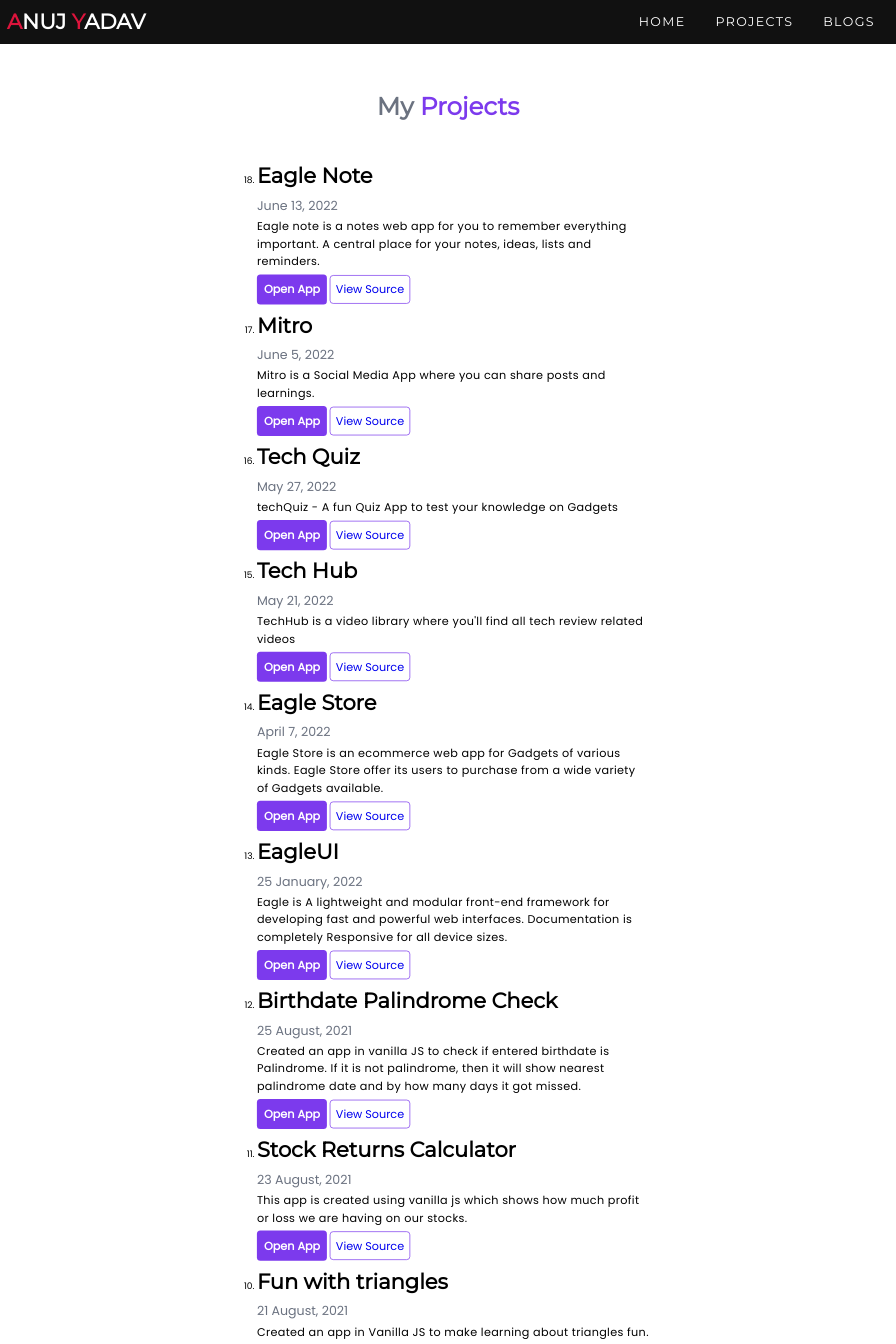
Repository: anuj-kumary/Portfolio
Page: project.html
An editor plug-in stored every save of this project. The page is shown before and after the next save, followed by the edit.
The browser window is 1280 px wide. The pictures show the part of the page from y = 0 to 1920 px (the page is 4076 px tall before and 4089 px after), at 70% of full size.

Above is the page before, as saved 2022-11-12 10:26:58.

After the next save:
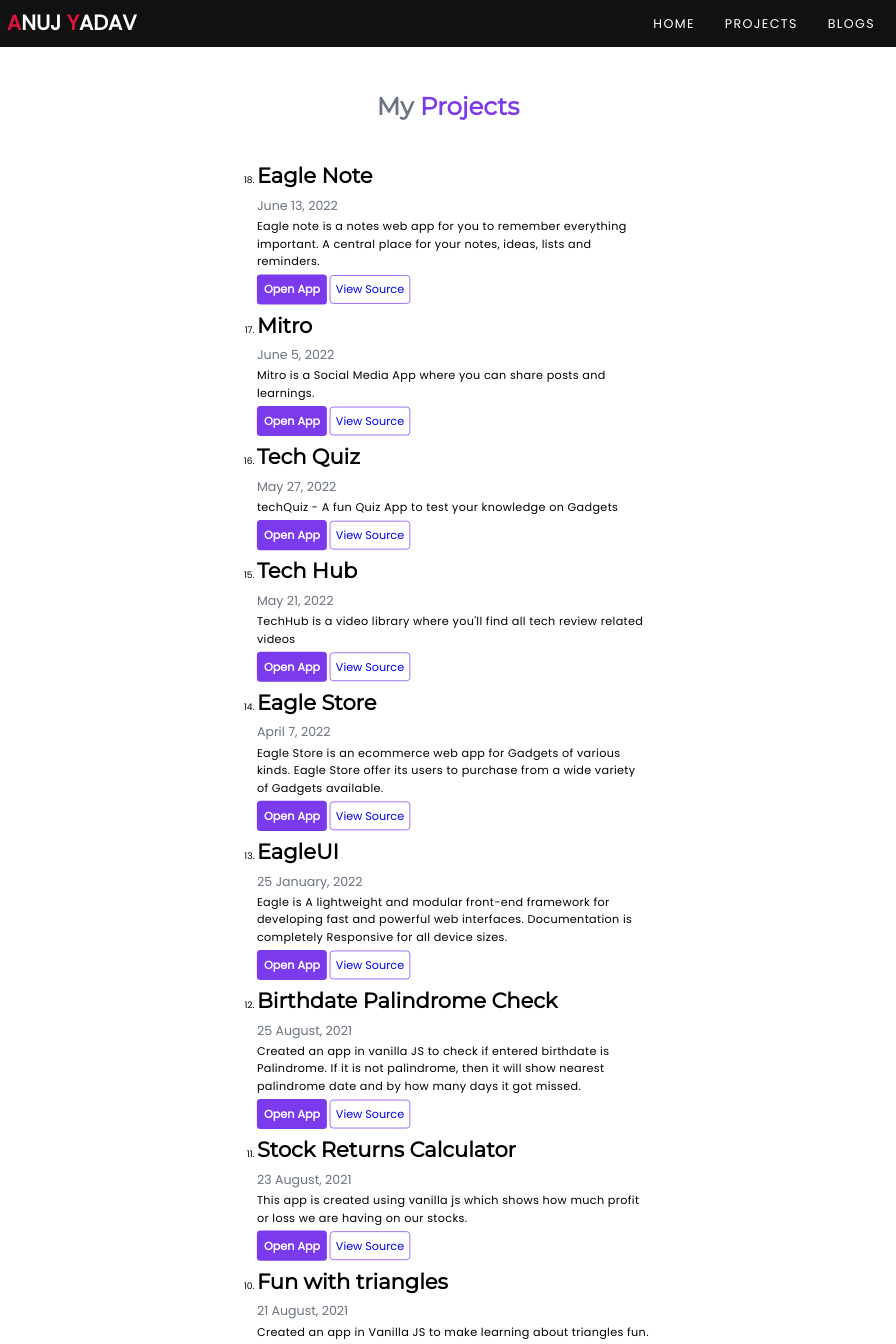
Saved 21 s later.
--- a/style.css
+++ b/style.css
@@ -16,6 +16,7 @@
 html {
 	font-size: 10px;
 	font-family: 'Montserrat', sans-serif;
+	font-family: 'Poppins', sans-serif;
 	scroll-behavior: smooth;
 }
 
